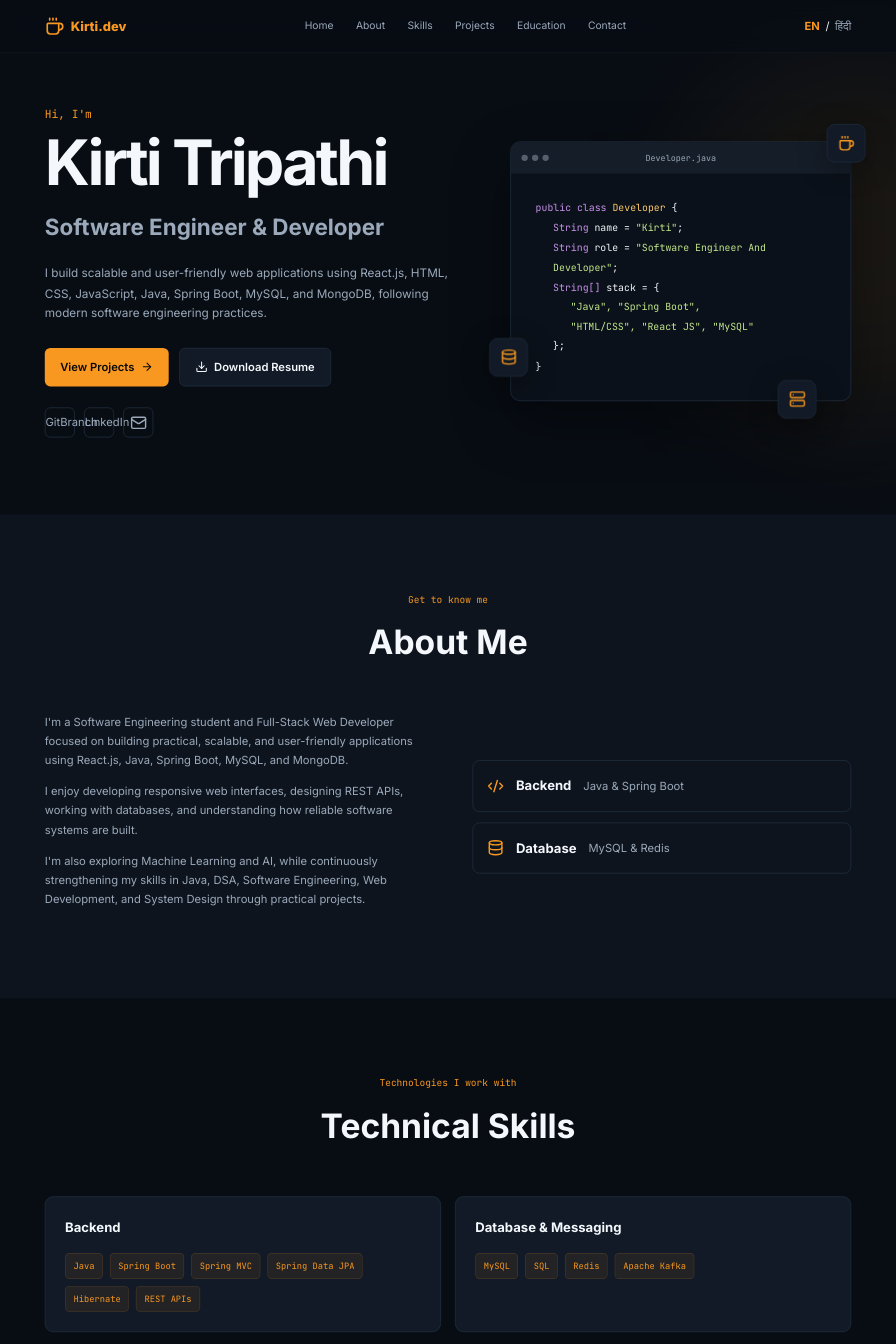
Repository: Rashi-Kirti06/En-Hi-Portfolio
Page: /
The author's editor kept a copy of each file at every save. The page is drawn from the files as they stood at one save, then again after the next save.
The browser window is 1280 px wide. The pictures show the part of the page from y = 0 to 1920 px (the page is 4899 px tall), at 70% of full size.
The project was rebuilt for these pictures with package versions that can differ from the ones it lists, and the page was loaded fresh each time. Also part of the build but not shown: vite.config.js.

Above is the page before, as saved 2026-09-06 16:17:05.

After the next save:
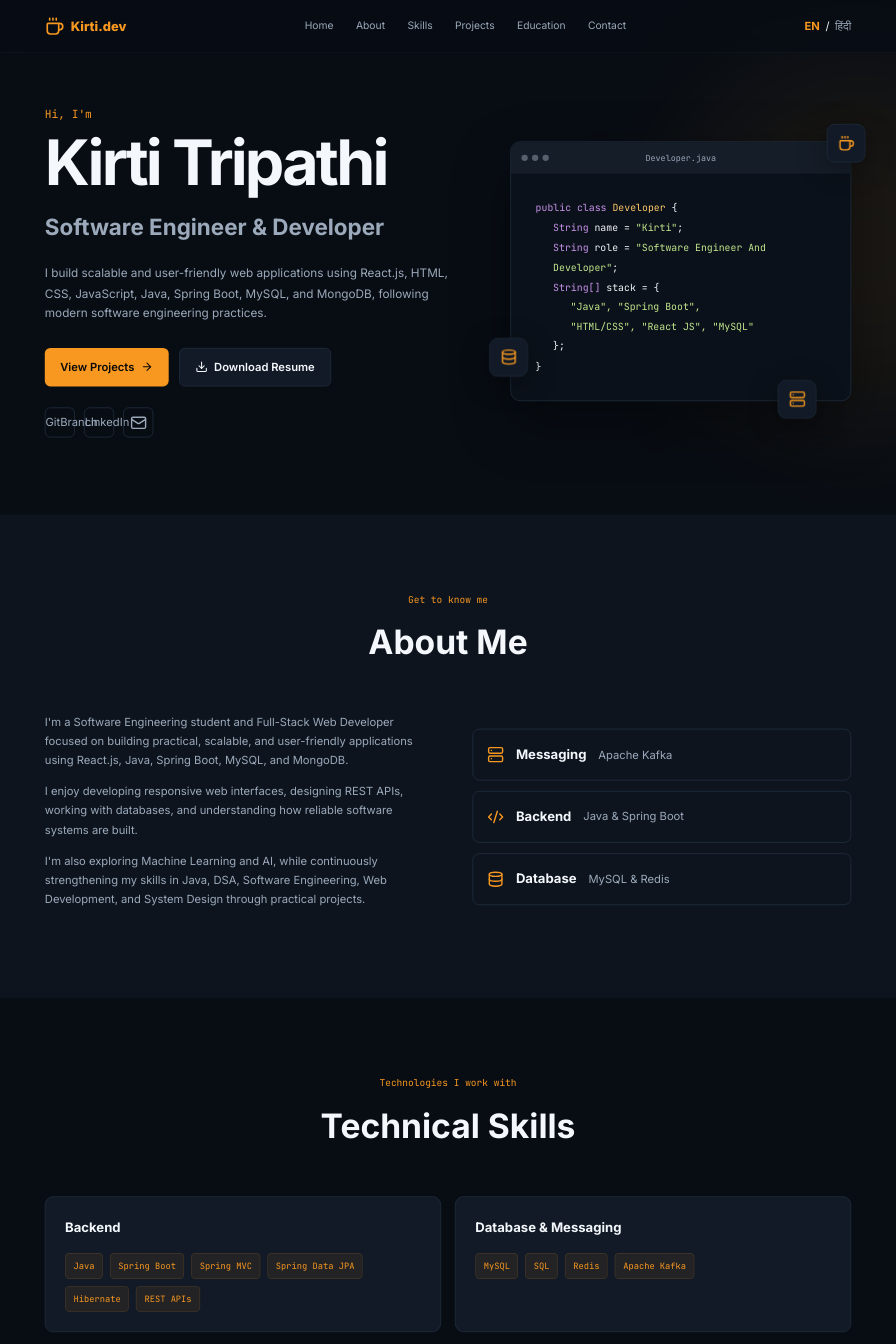
Saved 5 s later.
--- a/src/components/About.jsx
+++ b/src/components/About.jsx
@@ -31,6 +31,12 @@ function About({ language }) {
           <div className="about-cards">
 
             <div className="mini-card">
+              <Server />
+              <h3>Messaging</h3>
+              <p>Apache Kafka</p>
+            </div>
+
+            <div className="mini-card">
               <Code2 />
               <h3>Backend</h3>
               <p>Java & Spring Boot</p>
